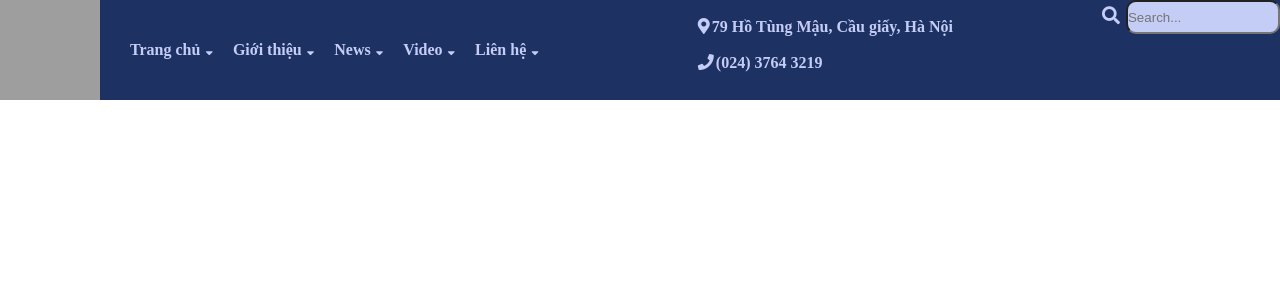
Repository: Luong-tung/newtopics
Page: index2.html
The author's editor kept a copy of each file at every save. The page is drawn from the files as they stood at one save, then again after the next save.
The browser window is 1280 px wide. The pictures show the whole page.
Pictures or frames that could not be fetched are drawn as grey boxes. Some web libraries are served in a nearby version.

Above is the page before, as saved 2021-10-07 18:35:49.

After the next save:
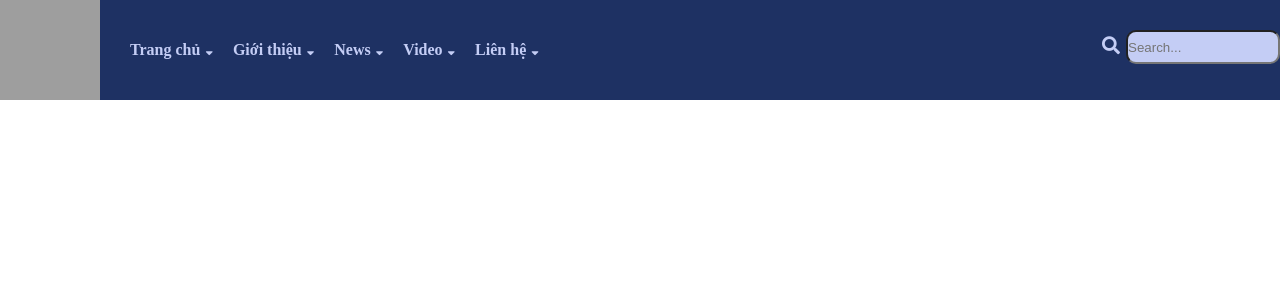
Saved 35 min 34 s later.
--- a/index2.html
+++ b/index2.html
@@ -24,10 +24,7 @@
                 <li><a href="#"></a>Liên hệ<i class="fas fa-sort-down"></i></li>
             </ul>
         </div>
-        <div class="address">
-            <p><i class="fas fa-map-marker-alt"></i>79 Hồ Tùng Mậu, Cầu giấy, Hà Nội</p>
-            <P><i class="fas fa-phone"></i>(024) 3764 3219</P>
-        </div>
+
         <div class="search">
             <form>
                 <i class="fas fa-search"></i>
--- a/iu2.css
+++ b/iu2.css
@@ -32,7 +32,7 @@
     cursor: pointer;
     margin: 0px 5px;
     padding:5px;
-    font-weight: 600;
+    font-weight: bold;
 
 }
 .header .logo ul li i{
@@ -44,16 +44,7 @@
     color:#092086;
 
 }
-.header .address p{
-    margin-top: 18px;
-    color: #c4cdf5;
-    font-weight: 600;
-    cursor: pointer;
-    padding: 0 5px;
-}
-.header .address i{
-    margin-right: 2px;
-}
+
 
 .header .search i{
     color: #c4cdf5;
@@ -67,4 +58,5 @@
     height: 30px;
     background-color:#c4cdf5;
     border-radius: 10px;
+    margin-top: 30px;
 }
